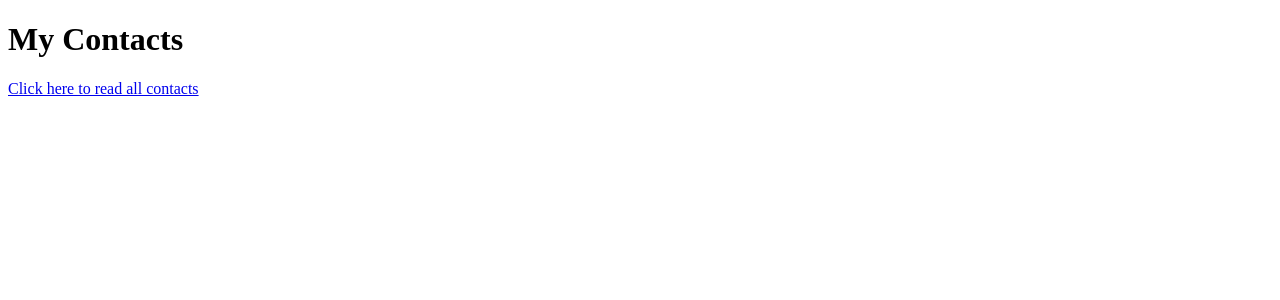
Repository: saurabhmishra-vasyerp/Saurabh_Set-B_Crud
Page: Saurabh_Set_B/src/main/webapp/WEB_INF/views/index.html
These files come from the project's save history. The page is drawn as it stood at one moment and after the next save; the edit follows.
The browser window is 1280 px wide. The pictures show the whole page.

Above is the page before, as saved 2024-04-11 06:21:39.

After the next save:
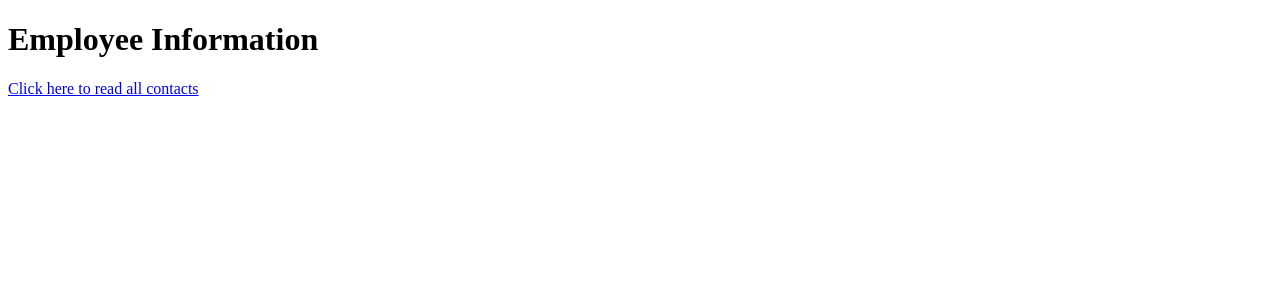
Saved 23 s later.
--- a/Saurabh_Set_B/src/main/webapp/WEB_INF/views/index.html
+++ b/Saurabh_Set_B/src/main/webapp/WEB_INF/views/index.html
@@ -2,10 +2,10 @@
 <html>
 <head>
 <meta charset="ISO-8859-1">
-<title>Insert title here</title>
+<title>Employee Details</title>
 </head>
 <body>
- <h1>My Contacts</h1>
+ <h1>Employee Information</h1>
 <a href="/read-employee>">Click here to read all contacts</a>
 </body>
 </html>
